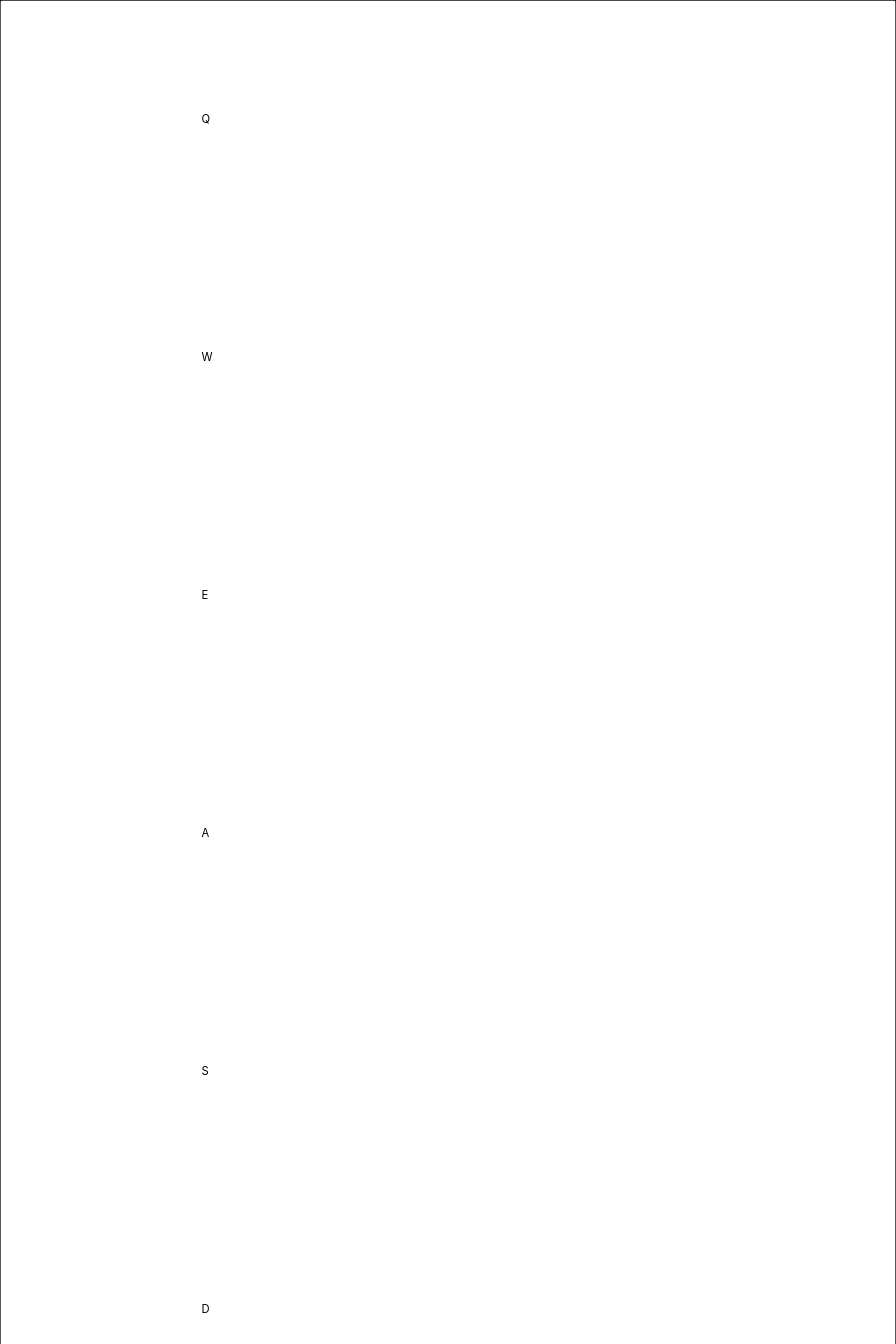
Repository: milac0/drum-machine
Page: /
These files come from the project's save history. The page is drawn as it stood at one moment and after the next save; the edit follows.
The browser window is 1280 px wide. The pictures show the part of the page from y = 0 to 1920 px (the page is 3060 px tall before and 1620 px after), at 70% of full size.
The project was rebuilt for these pictures with package versions that can differ from the ones it lists, and the page was loaded fresh each time.

Above is the page before, as saved 2019-10-25 17:18:11.

After the next save:
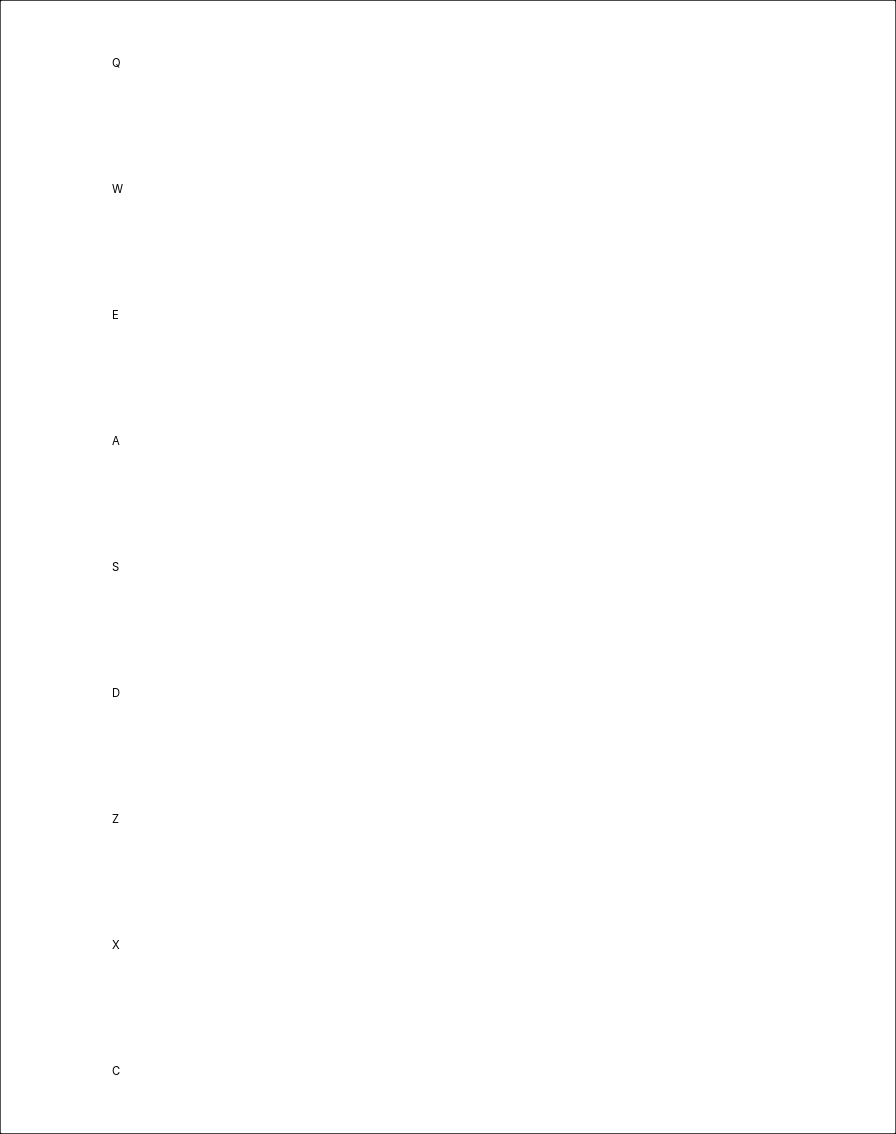
Saved 10 s later.
--- a/src/App.css
+++ b/src/App.css
@@ -14,7 +14,7 @@
 }
 
 .drum-pad {
-  padding: 10em 18em;
+  padding: 5em 10em;
 }
 
 /* #display {
